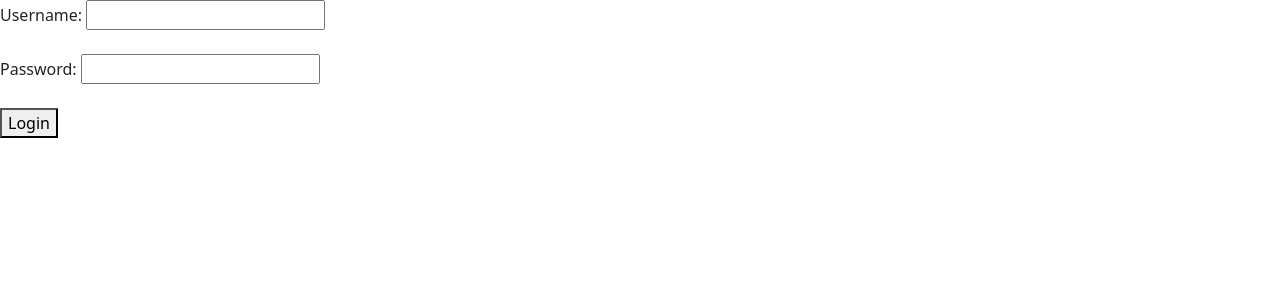
Repository: RMVLajaykumar/monojavaee
Page: http://localhost/13-bankapplication-demo/login.jsp
The author's editor kept a copy of each file at every save. The page is drawn from the files as they stood at one save, then again after the next save.
The browser window is 1280 px wide. The pictures show the whole page.
The page is served by Tomcat 9. Nobody is signed in. The application's start-up code is not run. Other server files are loaded and not shown.

Above is the page before, as saved 2024-07-19 04:43:39.

### 13-bankapplication-demo/WebContent/login.jsp
<%@ page language="java" contentType="text/html; charset=ISO-8859-1"
	pageEncoding="ISO-8859-1"%>
<%@ taglib uri="http://java.sun.com/jsp/jstl/core" prefix="c"%>
<%@ taglib uri="http://java.sun.com/jsp/jstl/functions" prefix="fn"%>

<html>
<head>
<title>Login</title>
<link
	href="https://cdn.jsdelivr.net/npm/bootstrap@5.0.2/dist/css/bootstrap.min.css"
	rel="stylesheet"
	integrity="sha384-EVSTQN3/azprG1Anm3QDgpJLIm9Nao0Yz1ztcQTwFspd3yD65VohhpuuCOmLASjC"
	crossorigin="anonymous">
<script
	src="https://cdn.jsdelivr.net/npm/bootstrap@5.0.2/dist/js/bootstrap.bundle.min.js"
	integrity="sha384-MrcW6ZMFYlzcLA8Nl+NtUVF0sA7MsXsP1UyJoMp4YLEuNSfAP+JcXn/tWtIaxVXM"
	crossorigin="anonymous"></script>
<!DOCTYPE html>
</head>
<body>
	<form action="login" method="post">
		<label for="username">Username:</label> <input type="text"
			id="username" name="username" required><br>
		<br> <label for="password">Password:</label> <input
			type="password" id="password" name="password" required><br>
		<br>
		<button type="submit">Login</button>
		<c:if test="${param.error != null}">
			<p style="color: red;">Invalid username or password</p>
		</c:if>
	</form>
</body>
</html>

After the next save:
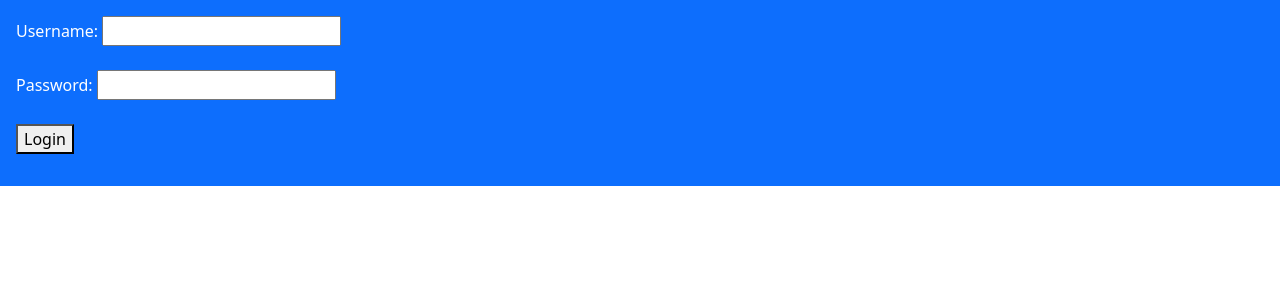
Saved 11 h 29 min later.
--- a/13-bankapplication-demo/WebContent/login.jsp
+++ b/13-bankapplication-demo/WebContent/login.jsp
@@ -18,6 +18,7 @@
 <!DOCTYPE html>
 </head>
 <body>
+<div class="p-3 mb-2 bg-primary text-white">
 	<form action="login" method="post">
 		<label for="username">Username:</label> <input type="text"
 			id="username" name="username" required><br>
@@ -29,5 +30,6 @@
 			<p style="color: red;">Invalid username or password</p>
 		</c:if>
 	</form>
+	</div>
 </body>
 </html>
